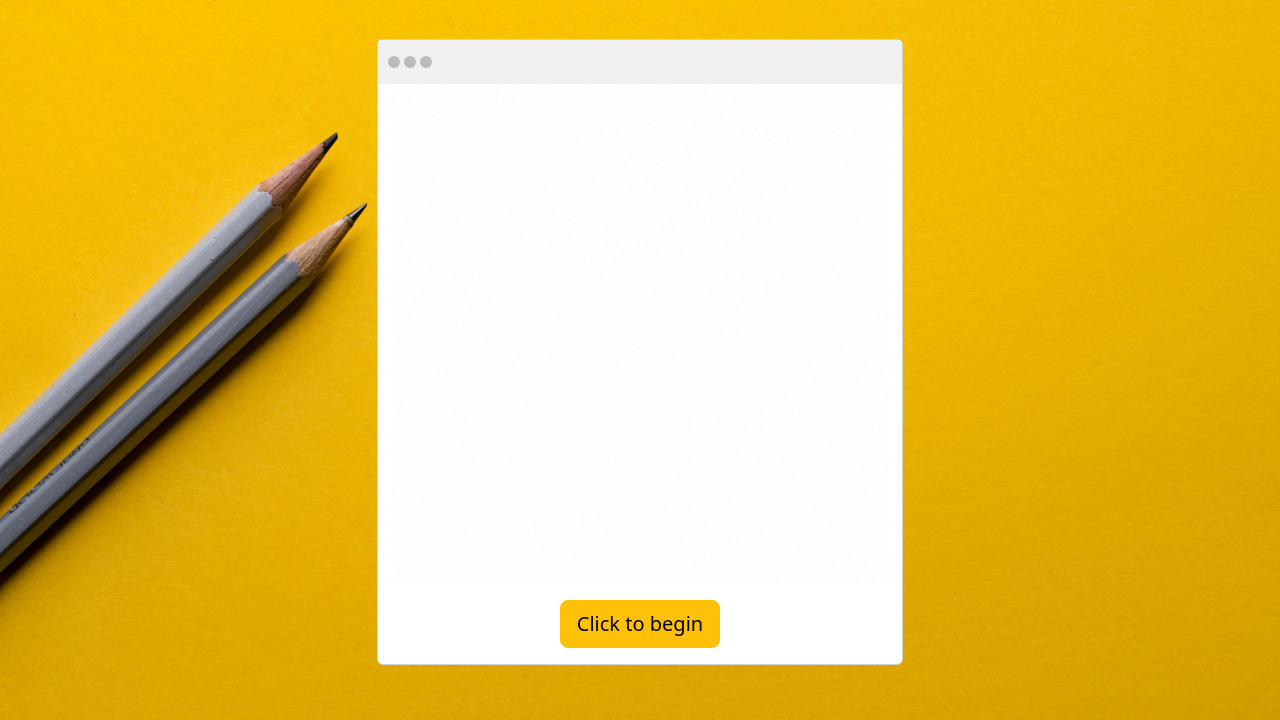
Repository: liauhyj/arithmetic-madness
Page: demo/src/main/resources/static/index.html
These files come from the project's save history. The page is drawn as it stood at one moment and after the next save; the edit follows.
The browser window is 1280 px wide. The pictures show the whole page.

Above is the page before, as saved 2024-02-28 09:49:49.

### demo/src/main/resources/static/index.html
<html>
    <head>
		<link rel="stylesheet" href="/style.css">
        <link href="https://cdn.jsdelivr.net/npm/bootstrap@5.3.3/dist/css/bootstrap.min.css" rel="stylesheet" integrity="sha384-QWTKZyjpPEjISv5WaRU9OFeRpok6YctnYmDr5pNlyT2bRjXh0JMhjY6hW+ALEwIH" crossorigin="anonymous">
        <script src="https://cdn.jsdelivr.net/npm/bootstrap@5.3.3/dist/js/bootstrap.bundle.min.js" integrity="sha384-YvpcrYf0tY3lHB60NNkmXc5s9fDVZLESaAA55NDzOxhy9GkcIdslK1eN7N6jIeHz" crossorigin="anonymous"></script>
        <meta name="viewport" content="width=device-width, initial-scale=1"/>
    </head>
    <body>
        <div class="card mb-3 card-landing-template">
            <div class="top">
                <span class="dot"></span>
                <span class="dot"></span>
                <span class="dot"></span>
              </div>
        <div class="container center w-100">
                <img class="card-img-top" src="/images/arithmetic-madness.gif"/>
        </div>
        <div class="card-body row">
                <div class="col col-settings">
                <a href="/game"><button class="btn btn-warning btn-lg w-100" type="button">Click to begin</button></a>
            </div>
        </div>
        </div>
    </div>
    </body>
</html>

### demo/src/main/resources/static/style.css
body {
    background-image: url("/images/background.jpg");
    min-height: 100vh;
    min-width: 100vw;
    overflow: hidden;
    background-size: cover;
    background-position: top right;
    display: flex;
    align-items: center;
    justify-content: center;
}

input::-webkit-outer-spin-button,
input::-webkit-inner-spin-button {
	-webkit-appearance: none;
	margin: 0;
}

/* Firefox */
input[type=number] {
-moz-appearance: textfield;
}

.top {
    padding: 10px;
    background: #f1f1f1;
    border-top-left-radius: 4px;
    border-top-right-radius: 4px;
}

.dot {
	height: 12px;
	width: 12px;
	background-color: #bbb;
	border-radius: 50%;
	display: inline-block;
}

.center {
    margin: auto;
}

.row-settings {
    margin: 20px;
}

.question-settings {
    margin: 50px;
}

.answer-settings {
    border: 0px;
}

.answer-settings:focus {
    outline: none;
}

.col-settings {
    display: flex;
    justify-content: center;
    align-items: center;
    text-align: center;
}

.card-template {
    min-width: 80%;
    min-height: 50%;
}

.card-landing-template {
    min-width: 40%;
    min-height: 50%;
}

.card-header {
    background-color: #FFFFFF !important;
}

#confetti {
	overflow-y: hidden;
	overflow-x: hidden;
	width: 100%;
	margin: 0;
	height: 100%;
	position: absolute;
	top: 0;
}

.img-resize {
    max-width: 30%;
}

After the next save:
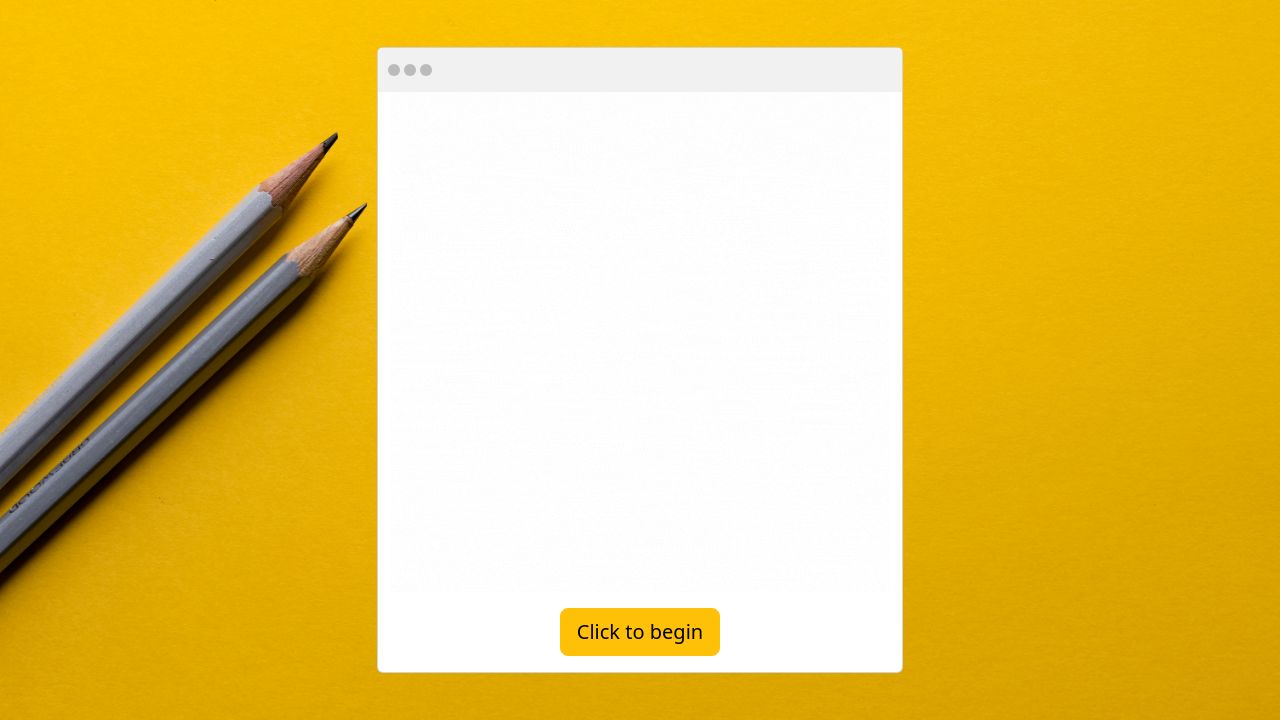
Saved 2 min 54 s later.
--- a/demo/src/main/resources/static/index.html
+++ b/demo/src/main/resources/static/index.html
@@ -6,7 +6,7 @@
         <meta name="viewport" content="width=device-width, initial-scale=1"/>
     </head>
     <body>
-        <div class="card mb-3 card-landing-template">
+        <div class="card card-landing-template">
             <div class="top">
                 <span class="dot"></span>
                 <span class="dot"></span>
